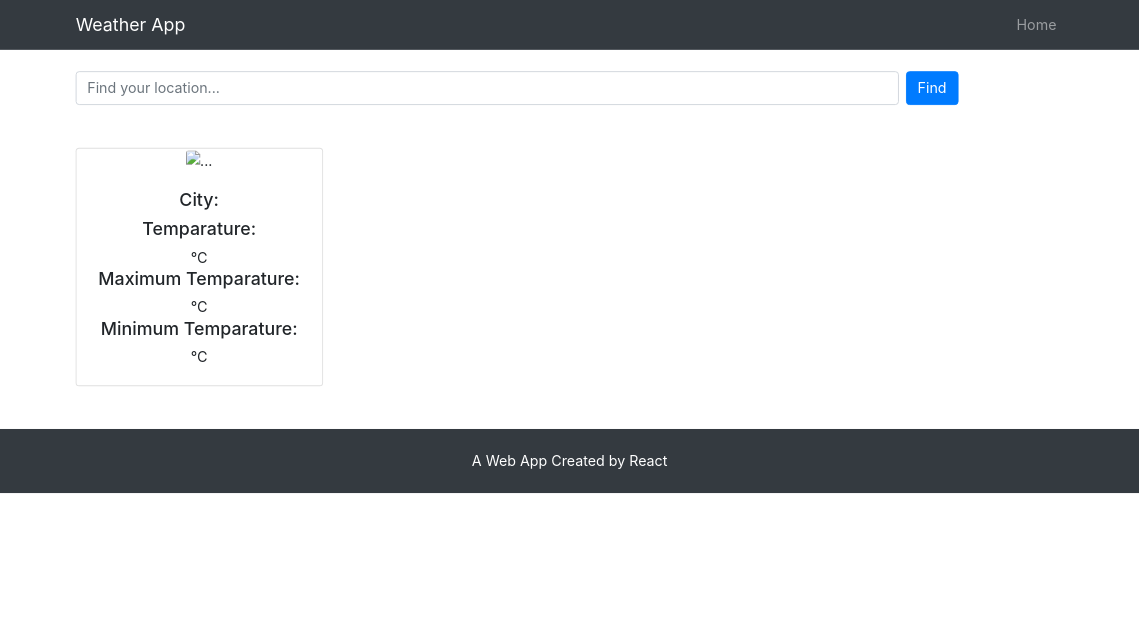
Repository: smk87/weather-app-react
Page: /
The author's editor kept a copy of each file at every save. The page is drawn from the files as they stood at one save, then again after the next save.
The browser window is 1280 px wide. The pictures show the whole page, at 89% of full size.
The page's requests for data from a server got no answer. Some web libraries are served in a nearby version. The project was rebuilt for these pictures with package versions that can differ from the ones it lists, and the page was loaded fresh each time. A package was used in the major version that the imports need, not the one package.json lists. No one was signed in, and anything a server would have sent is missing.

Above is the page before, as saved 2019-02-06 17:30:58.

### public/index.html
<!DOCTYPE html>
<html lang="en">
  <head>
    <meta charset="utf-8" />
    <link rel="shortcut icon" href="%PUBLIC_URL%/favicon.ico" />
    <meta
      name="viewport"
      content="width=device-width, initial-scale=1, shrink-to-fit=no"
    />
    <meta name="theme-color" content="#000000" />
    <!--
      manifest.json provides metadata used when your web app is added to the
      homescreen on Android. See https://developers.google.com/web/fundamentals/web-app-manifest/
    -->
    <link rel="manifest" href="%PUBLIC_URL%/manifest.json" />
    <link
      rel="stylesheet"
      href="https://stackpath.bootstrapcdn.com/bootstrap/4.2.1/css/bootstrap.min.css"
      integrity="sha384-GJzZqFGwb1QTTN6wy59ffF1BuGJpLSa9DkKMp0DgiMDm4iYMj70gZWKYbI706tWS"
      crossorigin="anonymous"
    />
    <script
      defer
      src="https://use.fontawesome.com/releases/v5.6.3/js/all.js"
      integrity="sha384-EIHISlAOj4zgYieurP0SdoiBYfGJKkgWedPHH4jCzpCXLmzVsw1ouK59MuUtP4a1"
      crossorigin="anonymous"
    ></script>
    <!--
      Notice the use of %PUBLIC_URL% in the tags above.
      It will be replaced with the URL of the `public` folder during the build.
      Only files inside the `public` folder can be referenced from the HTML.

      Unlike "/favicon.ico" or "favicon.ico", "%PUBLIC_URL%/favicon.ico" will
      work correctly both with client-side routing and a non-root public URL.
      Learn how to configure a non-root public URL by running `npm run build`.
    -->
    <title>React App</title>
  </head>
  <body>
    <noscript>You need to enable JavaScript to run this app.</noscript>
    <div id="root"></div>
    <!--
      This HTML file is a template.
      If you open it directly in the browser, you will see an empty page.

      You can add webfonts, meta tags, or analytics to this file.
      The build step will place the bundled scripts into the <body> tag.

      To begin the development, run `npm start` or `yarn start`.
      To create a production bundle, use `npm run build` or `yarn build`.
    -->

    <script
      src="https://code.jquery.com/jquery-3.3.1.slim.min.js"
      integrity="sha384-q8i/X+965DzO0rT7abK41JStQIAqVgRVzpbzo5smXKp4YfRvH+8abtTE1Pi6jizo"
      crossorigin="anonymous"
    ></script>
    <script
      src="https://cdnjs.cloudflare.com/ajax/libs/popper.js/1.14.6/umd/popper.min.js"
      integrity="sha384-wHAiFfRlMFy6i5SRaxvfOCifBUQy1xHdJ/yoi7FRNXMRBu5WHdZYu1hA6ZOblgut"
      crossorigin="anonymous"
    ></script>
    <script
      src="https://stackpath.bootstrapcdn.com/bootstrap/4.2.1/js/bootstrap.min.js"
      integrity="sha384-B0UglyR+jN6CkvvICOB2joaf5I4l3gm9GU6Hc1og6Ls7i6U/mkkaduKaBhlAXv9k"
      crossorigin="anonymous"
    ></script>
  </body>
</html>

### src/App.js
import React, { Component } from "react";
import { BrowserRouter as Router, Route, Switch } from "react-router-dom";
import logo from "./logo.svg";
import "./App.css";

//Import Layout Components
import NavBar from "./components/NavBar";
import Footer from "./components/Footer";
import Home from "./components/Home";

class App extends Component {
  render() {
    return (
      <Router>
        <div className="App">
          <NavBar />
          <Route exact path="/" component={Home} />
          <Footer />
        </div>
      </Router>
    );
  }
}

export default App;

### src/components/NavBar.js
import React, { Component } from "react";
import { Link } from "react-router-dom";

export default class NavBar extends Component {
  render() {
    return (
      <div>
        <nav className="navbar navbar-expand-sm navbar-dark bg-dark mb-4">
          <div className="container">
            <Link className="navbar-brand" to="/">
              Weather App
            </Link>
            <button
              className="navbar-toggler"
              type="button"
              data-toggle="collapse"
              data-target="#mobile-nav"
            >
              <span className="navbar-toggler-icon" />
            </button>

            <div className="collapse navbar-collapse" id="mobile-nav">
              <ul className="navbar-nav mr-auto" />
              <ul className="navbar-nav ml-auto">
                <li className="nav-item">
                  <Link className="nav-link" to="/">
                    Home
                  </Link>
                </li>
              </ul>
            </div>
          </div>
        </nav>
      </div>
    );
  }
}

### src/components/Footer.js
import React from "react";

export default function Footer() {
  return (
    <footer className="bg-dark text-white mt-5 p-4 text-center">
      A Web App Created by React
    </footer>
  );
}

### src/components/Home.js
import React, { Component } from "react";
import { Link } from "react-router-dom";
import Weather from "./Weather";

export default class Home extends Component {
  constructor() {
    super();

    this.state = {
      search: ""
    };
  }
  onChange = e => {
    this.setState({
      [e.target.name]: e.target.value
    });
  };
  onSubmit = e => {
    e.preventDefault();
    console.log(this.state);
  };

  render() {
    return (
      <div>
        <div className="container">
          <form onSubmit={this.onSubmit} action="#" className="form-inline">
            <input
              type="text"
              name="search"
              className="form-control col-md-10"
              placeholder="Find your location..."
              value={this.state.search}
              onChange={this.onChange}
            />
            <input
              type="submit"
              className="ml-2 btn btn-primary"
              value="Find"
            />
          </form>
          <Weather id="2344116" />
        </div>
      </div>
    );
  }
}

### src/components/Weather.js
import React, { Component } from "react";
import axios from "axios";

export default class Weather extends Component {
  constructor() {
    super();

    this.state = {
      cityname: "",
      id: "",
      temp: "",
      maxtemp: "",
      mintemp: "",
      logo: ""
    };
  }

  componentWillMount() {
    this.setState({ id: this.props.id });

    const url = `weather/weather.php?command=location&woeid=${this.props.id}`;
    // console.log(url);
    axios
      .get(url) //Used proxy to connect with local wamp server
      .then(res => {
        console.log(res.data);

        switch (res.data.consolidated_weather[0].weather_state_name) {
          case "Snow":
            this.setState({
              logo: "https://www.metaweather.com/static/img/weather/sn.svg"
            });
            break;
          case "Sleet":
            this.setState({
              logo: "https://www.metaweather.com/static/img/weather/sl.svg"
            });
            break;
          case "Hail":
            this.setState({
              logo: "https://www.metaweather.com/static/img/weather/h.svg"
            });
            break;
          case "Thunderstorm":
            this.setState({
              logo: "https://www.metaweather.com/static/img/weather/t.svg"
            });
            break;
          case "Heavy Rain":
            this.setState({
              logo: "https://www.metaweather.com/static/img/weather/hr.svg"
            });
            break;
          case "Light Rain":
            this.setState({
              logo: `https://www.metaweather.com/static/img/weather/lr.svg`
            });
            break;
          case "Showers":
            this.setState({
              logo: "https://www.metaweather.com/static/img/weather/s.svg"
            });
            break;
          case "Heavy Cloud":
            this.setState({
              logo: "https://www.metaweather.com/static/img/weather/hc.svg"
            });
            break;
          case "Light Cloud":
            this.setState({
              logo: "https://www.metaweather.com/static/img/weather/lc.svg"
            });
            break;
          case "Clear":
            this.setState({
              logo: "https://www.metaweather.com/static/img/weather/c.svg"
            });
            break;
        }
        this.setState({
          cityname: res.data.title,
          temp: res.data.consolidated_weather[0].the_temp.toPrecision(3),
          maxtemp: res.data.consolidated_weather[0].max_temp.toPrecision(3),
          mintemp: res.data.consolidated_weather[0].min_temp.toPrecision(3)
        });
      })
      .catch(err => console.log(err));
  }

  render() {
    return (
      <div className="mt-5 mr-2 h-50 w-25 card">
        <div>
          <img src={this.state.logo} className="card-img-top" alt="..." />
        </div>
        <div className="card-body">
          <div className="card-text">
            <h5>City: </h5> {this.state.cityname}
          </div>
          <div className="card-text">
            <h5>Temparature: </h5> {this.state.temp}
            <span>&#8451;</span>
          </div>
          <div className="card-text">
            {" "}
            <h5>Maximum Temparature: </h5> {this.state.maxtemp}
            <span>&#8451;</span>
          </div>
          <div className="card-text">
            {" "}
            <h5>Minimum Temparature: </h5>
            {this.state.mintemp}
            <span>&#8451;</span>
          </div>
        </div>
      </div>
    );
  }
}

Loaded but not shown: src/index.js (common file); src/index.css (common file); src/serviceWorker.js (common file); src/App.css (common file)

After the next save:
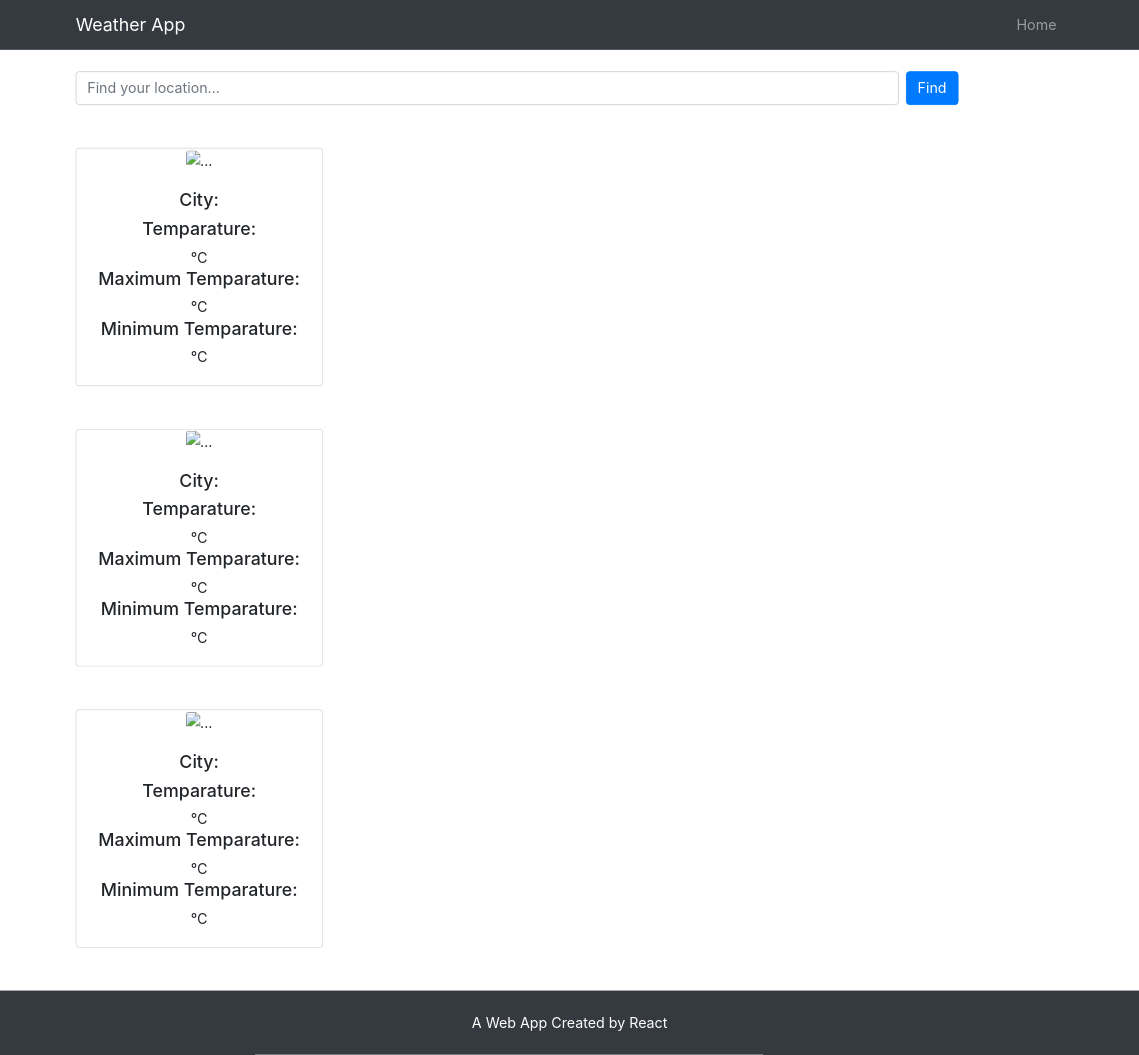
Saved 11 s later.
--- a/src/components/Home.js
+++ b/src/components/Home.js
@@ -40,6 +40,8 @@ export default class Home extends Component {
             />
           </form>
           <Weather id="2344116" />
+          <Weather id="2344116" />
+          <Weather id="2344116" />
         </div>
       </div>
     );
